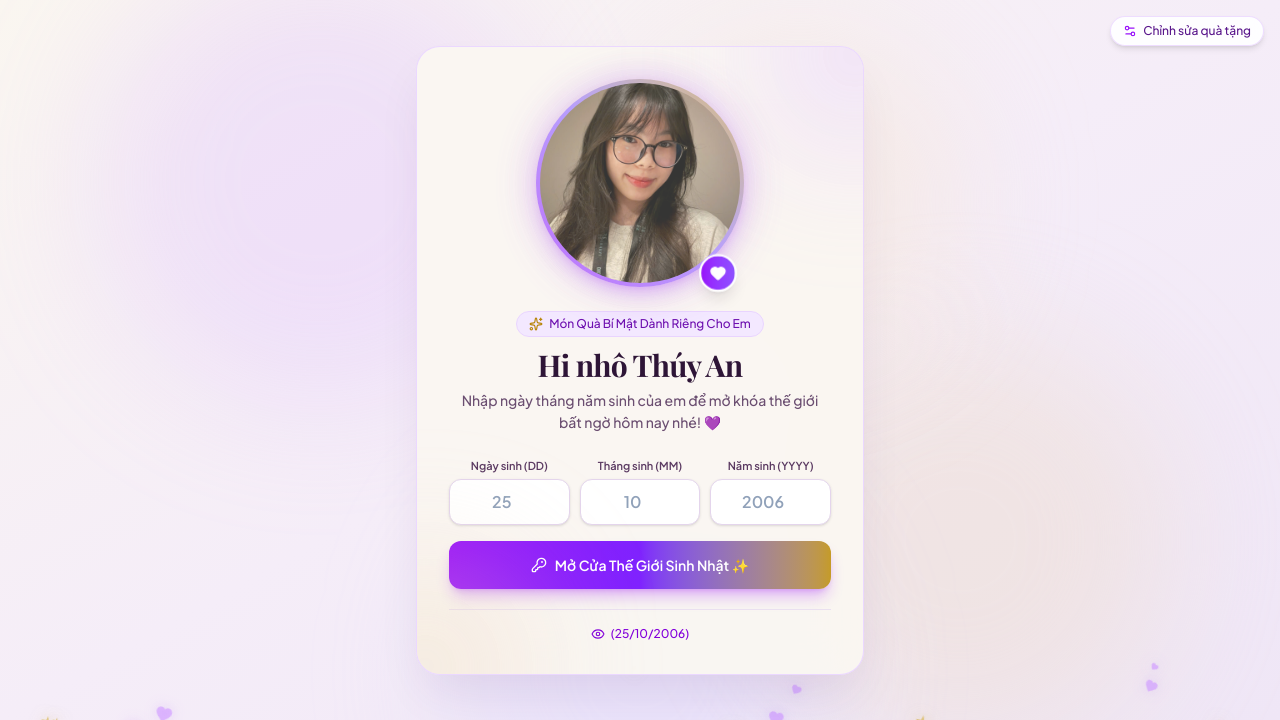
Repository: WinnerA25/birthday-website
Page: / (app in -TA-main/)
An editor plug-in stored every save of this project. The page is shown before and after the next save, followed by the edit.
The browser window is 1280 px wide. The pictures show the whole page.
Some web fonts or font styles are not loaded; a fallback is used. The project was rebuilt for these pictures with package versions that can differ from the ones it lists, and the page was loaded fresh each time. Also part of the build but not shown: -TA-main/vite.config.ts, -TA-main/src/components/LeadInQuestions.tsx, -TA-main/src/components/BirthdayCake.tsx, -TA-main/src/components/MusicLyricsCard.tsx, -TA-main/src/components/PhotoGallery.tsx, -TA-main/src/components/RomanticLetter.tsx, -TA-main/src/components/CelebrationMain.tsx, -TA-main/src/components/ConfigModal.tsx.

Above is the page before, as saved 2026-10-16 10:29:27.

After the next save:
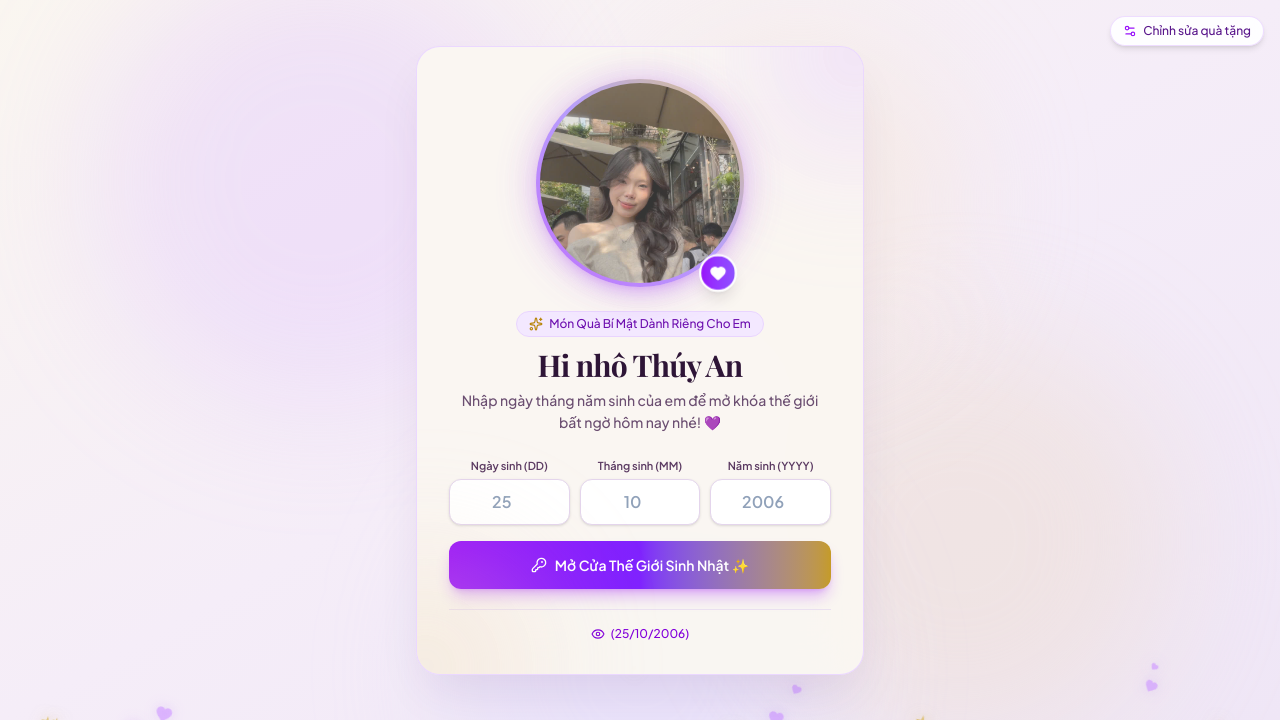
Saved 2 min 15 s later.
--- a/-TA-main/src/data/defaultBirthdayData.ts
+++ b/-TA-main/src/data/defaultBirthdayData.ts
@@ -22,7 +22,7 @@ export const DEFAULT_BIRTHDAY_DATA: BirthdayConfig = {
 
   // ẢNH ĐẠI DIỆN TRANG ĐĂNG NHẬP:
   // Dùng ảnh có sẵn trong public/images để tránh lỗi hình ảnh khi mở trang đăng nhập.
-  loginPhoto: '/images/photo1.jpg',
+  loginPhoto: '/images/avatar.jpg',
   loginHint: '',
 
   senderName: 'Người Luôn Yêu & Ở Cạnh Em ❤️',
